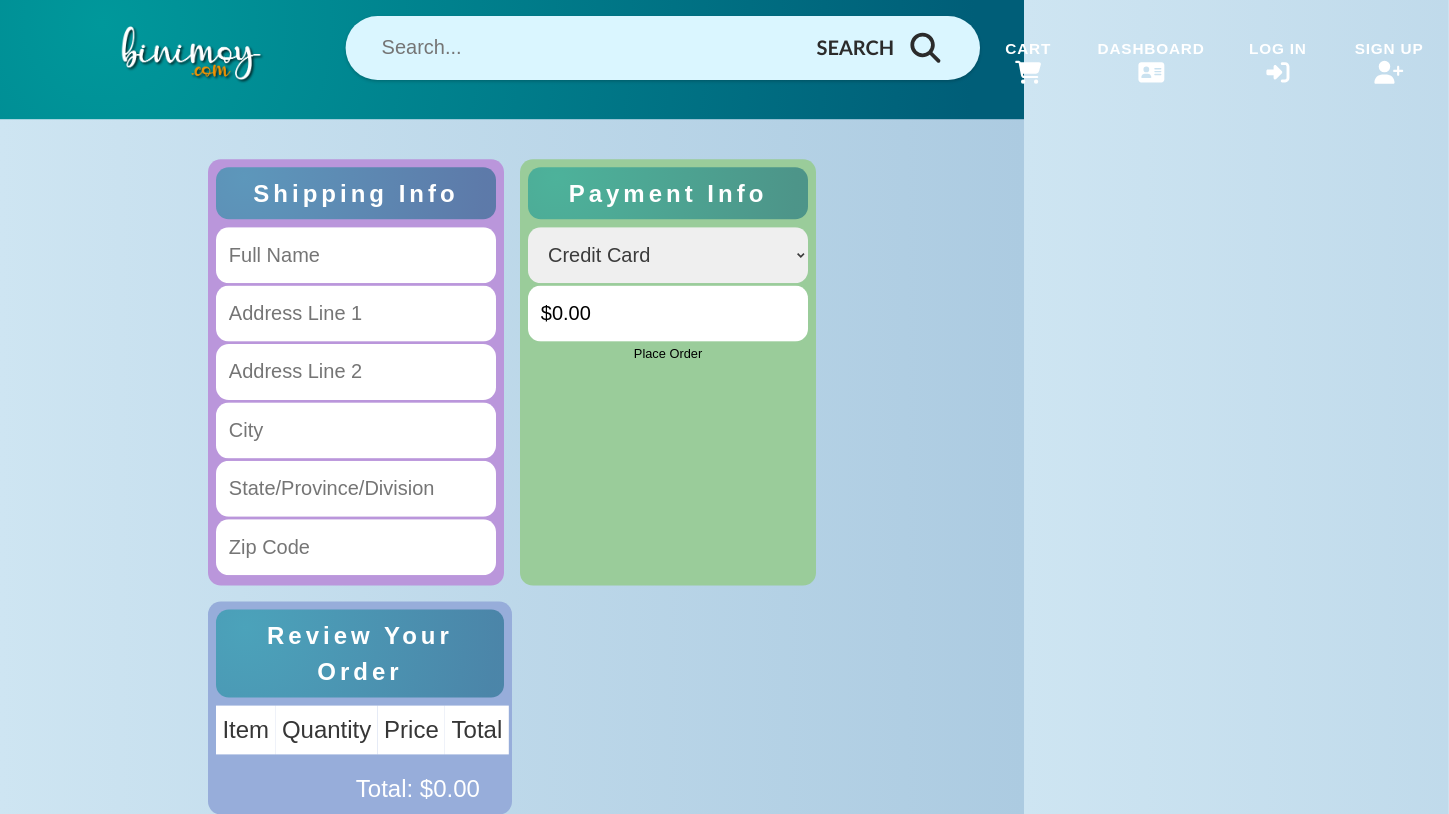
Repository: Shadman2024/2_1_DatabaseProject
Page: /checkout (app in frontend/)
The author's editor kept a copy of each file at every save. The page is drawn from the files as they stood at one save, then again after the next save.
The browser window is 1280 px wide. The page is 1811 px wide, so the pictures cover 1811 px, including what lies to the right of the window. The pictures show the whole page, at 80% of full size.
Some web libraries are served in a nearby version. The project was rebuilt for these pictures with package versions that can differ from the ones it lists, and the page was loaded fresh each time. Also part of the build but not shown: frontend/src/App.css, frontend/src/signUp/signup.js, frontend/src/logIn/login.js, frontend/src/Home/home.module.css, frontend/src/Home/hero.js, frontend/src/Home/hero2.js, frontend/src/Home/hero3.js, frontend/src/Home/smallcategory.module.css and 31 more.

Above is the page before, as saved 2024-03-08 15:41:38.

### frontend/public/index.html
<!DOCTYPE html>
<html lang="en">

<head>
  <meta charset="utf-8" />
  <link rel="icon" href="%PUBLIC_URL%/favicon.ico" />
  <meta name="viewport" content="width=device-width, initial-scale=1" />
  <meta name="theme-color" content="#000000" />
  <meta name="description" content="Web site created using create-react-app" />
  <link rel="apple-touch-icon" href="%PUBLIC_URL%/logo192.png" />
  <!--
      manifest.json provides metadata used when your web app is installed on a
      user's mobile device or desktop. See https://developers.google.com/web/fundamentals/web-app-manifest/
    -->
  <link rel="manifest" href="%PUBLIC_URL%/manifest.json" />
  <link href="https://cdn.jsdelivr.net/npm/bootstrap@5.0.2/dist/css/bootstrap.min.css" rel="stylesheet"
    integrity="sha384-EVSTQN3/azprG1Anm3QDgpJLIm9Nao0Yz1ztcQTwFspd3yD65VohhpuuCOmLASjC" crossorigin="anonymous">
  <!--
      Notice the use of %PUBLIC_URL% in the tags above.
      It will be replaced with the URL of the `public` folder during the build.
      Only files inside the `public` folder can be referenced from the HTML.

      Unlike "/favicon.ico" or "favicon.ico", "%PUBLIC_URL%/favicon.ico" will
      work correctly both with client-side routing and a non-root public URL.
      Learn how to configure a non-root public URL by running `npm run build`.
    -->
  <title>React App</title>
</head>

<body style="background: linear-gradient(to right, #cee5f2, #accbe1);
/* Other styles */
margin: 0;
height: 100vh;
color: white;">
<!-- <body style="background: #1B1B1B"> -->


  <noscript>You need to enable JavaScript to run this app.</noscript>
  <div id="root"></div>
  <!--
      This HTML file is a template.
      If you open it directly in the browser, you will see an empty page.

      You can add webfonts, meta tags, or analytics to this file.
      The build step will place the bundled scripts into the <body> tag.

      To begin the development, run `npm start` or `yarn start`.
      To create a production bundle, use `npm run build` or `yarn build`.
    -->
  <script src="https://cdn.jsdelivr.net/npm/bootstrap@5.0.2/dist/js/bootstrap.bundle.min.js"
    integrity="sha384-MrcW6ZMFYlzcLA8Nl+NtUVF0sA7MsXsP1UyJoMp4YLEuNSfAP+JcXn/tWtIaxVXM"
    crossorigin="anonymous"></script>
  <script src="https://cdn.jsdelivr.net/npm/@popperjs/core@2.9.2/dist/umd/popper.min.js"
    integrity="sha384-IQsoLXl5PILFhosVNubq5LC7Qb9DXgDA9i+tQ8Zj3iwWAwPtgFTxbJ8NT4GN1R8p"
    crossorigin="anonymous"></script>
  <script src="https://cdn.jsdelivr.net/npm/bootstrap@5.0.2/dist/js/bootstrap.min.js"
    integrity="sha384-cVKIPhGWiC2Al4u+LWgxfKTRIcfu0JTxR+EQDz/bgldoEyl4H0zUF0QKbrJ0EcQF"
    crossorigin="anonymous"></script>
  <script src="https://code.jquery.com/jquery-3.2.1.slim.min.js"
    integrity="sha384-KJ3o2DKtIkvYIK3UENzmM7KCkRr/rE9/Qpg6aAZGJwFDMVNA/GpGFF93hXpG5KkN"
    crossorigin="anonymous"></script>
  <script src="https://cdnjs.cloudflare.com/ajax/libs/popper.js/1.12.3/umd/popper.min.js"
    integrity="sha384-vFJXuSJphROIrBnz7yo7oB41mKfc8JzQZiCq4NCceLEaO4IHwicKwpJf9c9IpFgh"
    crossorigin="anonymous"></script>
  <script src="https://maxcdn.bootstrapcdn.com/bootstrap/4.0.0-beta.2/js/bootstrap.min.js"
    integrity="sha384-alpBpkh1PFOepccYVYDB4do5UnbKysX5WZXm3XxPqe5iKTfUKjNkCk9SaVuEZflJ"
    crossorigin="anonymous"></script>


</body>

</html>

### frontend/src/index.css
*{
  margin: 0;
  outline: none;
}
body {
  margin: 0;
  font-family: -apple-system, BlinkMacSystemFont, 'Segoe UI', 'Roboto', 'Oxygen',
    'Ubuntu', 'Cantarell', 'Fira Sans', 'Droid Sans', 'Helvetica Neue',
    sans-serif;
  -webkit-font-smoothing: antialiased;
  -moz-osx-font-smoothing: grayscale;
}

code {
  font-family: source-code-pro, Menlo, Monaco, Consolas, 'Courier New',
    monospace;
}
html {
  scroll-behavior: smooth;
  position: relative;
  min-height: 100%;
  overflow-x: hidden;
}

### frontend/src/checkout/checkout.js
import React, { Fragment, useState, useEffect, useLayoutEffect } from 'react';
import { useLocation, useNavigate } from 'react-router-dom';
import styles from './checkout.module.css';

const Checkout = ({ setAuth }) => {
    const navigate = useNavigate();
    const location = useLocation();
    const { cartItems } = location.state || { cartItems: [] };

    // States for form inputs
    const [fullName, setFullName] = useState('');
    const [addressLine1, setAddressLine1] = useState('');
    const [addressLine2, setAddressLine2] = useState('');
    const [city, setCity] = useState('');
    const [division, setDivision] = useState('');
    const [zipCode, setZipCode] = useState('');
    const [paymentMethod, setPaymentMethod] = useState('creditCard');
    const [amount, setAmount] = useState('');
    const [cardHolderName, setCardHolderName] = useState('');
    const [cardNumber, setCardNumber] = useState('');
    const [expiryMonth, setExpiryMonth] = useState('');
    const [expiryYear, setExpiryYear] = useState('');
    const [cvv, setCvv] = useState('');

    const handleSubmit = async (e) => {
        e.preventDefault();
        const paymentDetails = {
            fullName,
            addressLine1,
            addressLine2,
            city,
            division,
            zipCode,
            paymentMethod,
            amount,
            cartItems,
            // Add card details if payment method is Credit Card
            ...(paymentMethod === 'Credit Card' && {
                cardHolderName,
                cardNumber,
                expiryMonth,
                expiryYear,
                cvv,
            }),
        };
    };

    useEffect(() => {
        setAmount(calculateTotalAmount());
    }, [cartItems]);
    const calculateTotalAmount = () => {
        return cartItems.reduce((total, item) => total + item.price * item.quantity, 0).toFixed(2);
    };
    return (
        <div className={styles.container}>

                <div className={styles.container2}>
            <div className={styles.shipping}>
                <div className={styles.title}>Shipping Info</div>
                <form onSubmit={handleSubmit} className={styles.checkoutForm}>
                    <input type="text" placeholder="Full Name" value={fullName} onChange={(e) => setFullName(e.target.value)} required />
                    <input type="text" placeholder="Address Line 1" value={addressLine1} onChange={(e) => setAddressLine1(e.target.value)} required />
                    <input type="text" placeholder="Address Line 2" value={addressLine2} onChange={(e) => setAddressLine2(e.target.value)} />
                    <input type="text" placeholder="City" value={city} onChange={(e) => setCity(e.target.value)} required />
                    <input type="text" placeholder="State/Province/Division" value={division} onChange={(e) => setDivision(e.target.value)} required />
                    <input type="text" placeholder="Zip Code" value={zipCode} onChange={(e) => setZipCode(e.target.value)} required />
                </form>
            </div>
            <div className={styles.payment}>
                <div className={styles.title}>Payment Info</div>
                <form onSubmit={handleSubmit} className={styles.checkoutForm}>
                    <div className={styles.formGroup}>
                        <select id="paymentMethod" value={paymentMethod} onChange={(e) => setPaymentMethod(e.target.value)} required>
                            <option value="Credit Card">Credit Card</option>
                            <option value="PayPal">PayPal</option>
                            <option value="Cash on Delivery">Cash on Delivery</option>
                        </select>
                    </div>
                    {paymentMethod === 'Credit Card' && (
                        <>
                            <input type="text" placeholder="Card Holder Name" value={cardHolderName} onChange={(e) => setCardHolderName(e.target.value)} required />
                            <input type="text" placeholder="Card Number" maxLength="16" value={cardNumber} onChange={(e) => setCardNumber(e.target.value)} required />
                            <input type="text" placeholder="Expiry Month (MM)" maxLength="2" value={expiryMonth} onChange={(e) => setExpiryMonth(e.target.value)} required />
                            <input type="text" placeholder="Expiry Year (YYYY)" maxLength="4" value={expiryYear} onChange={(e) => setExpiryYear(e.target.value)} required />
                            <input type="text" placeholder="CVV" maxLength="3" value={cvv} onChange={(e) => setCvv(e.target.value)} required />
                        </>
                    )}
                    <div className={styles.formGroup}>
                        <input type="text" id="amount" value={`$${amount}`} readOnly />
                    </div>
                    <button type="submit" className={styles.submitButton}>Place Order</button>
                </form>
            </div>
        </div>
        <div className={styles.container1}>
            <div className={styles.cartReview}>
                    <div className={styles.title}>Review Your Order</div>
                    <div>
                    <table className={styles.reviewTable}>
                        <thead>
                            <tr>
                                <th>Item</th>
                                <th>Quantity</th>
                                <th>Price</th>
                                <th>Total</th>
                            </tr>
                        </thead>
                        <tbody>
                            {cartItems.map((item, index) => (
                                <tr key={index}>
                                    <td>{item.name}</td>
                                    <td>{item.quantity}</td>
                                    <td>${item.price.toFixed(2)}</td>
                                    <td>${(item.quantity * item.price).toFixed(2)}</td>
                                </tr>
                            ))}
                        </tbody>
                    </table>
                    </div>
                    <div className={styles.totalAmount}>Total: ${amount}</div>
                </div>
                </div>
        </div>
    );
};

export default Checkout;

Loaded but not shown: frontend/src/NavBar/nav.js (82 lines, source omitted); frontend/src/App.js (81 lines, source omitted); frontend/src/index.js (10 lines, source omitted); frontend/src/seach/search.module.css (299 lines, source omitted); frontend/src/NavBar/nav.module.css (307 lines, source omitted); frontend/src/checkout/checkout.module.css (151 lines, source omitted); frontend/src/Home/hero2.module.css (153 lines, source omitted); frontend/src/Home/hero3.module.css (153 lines, source omitted); frontend/src/dashboard/dashboard.module.css (163 lines, source omitted); frontend/src/signUp/signup.module.css (152 lines, source omitted); frontend/src/Home/hero.module.css (153 lines, source omitted); frontend/src/logIn/login.module.css (147 lines, source omitted); frontend/src/orders/orders.module.css (114 lines, source omitted); frontend/src/admin/admin.module.css (no stored copy; drawn as an empty file)

After the next save:
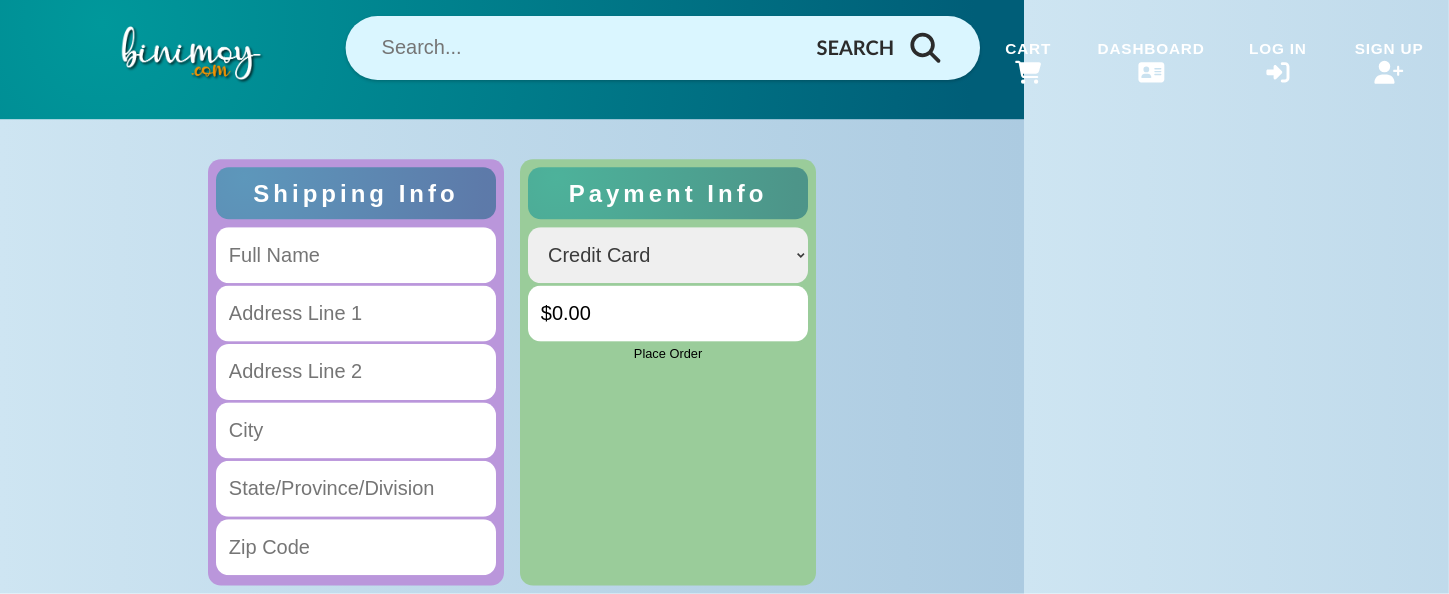
Saved 23 s later.
--- a/frontend/src/checkout/checkout.js
+++ b/frontend/src/checkout/checkout.js
@@ -54,72 +54,45 @@
     return (
         <div className={styles.container}>
 
-                <div className={styles.container2}>
-            <div className={styles.shipping}>
-                <div className={styles.title}>Shipping Info</div>
-                <form onSubmit={handleSubmit} className={styles.checkoutForm}>
-                    <input type="text" placeholder="Full Name" value={fullName} onChange={(e) => setFullName(e.target.value)} required />
-                    <input type="text" placeholder="Address Line 1" value={addressLine1} onChange={(e) => setAddressLine1(e.target.value)} required />
-                    <input type="text" placeholder="Address Line 2" value={addressLine2} onChange={(e) => setAddressLine2(e.target.value)} />
-                    <input type="text" placeholder="City" value={city} onChange={(e) => setCity(e.target.value)} required />
-                    <input type="text" placeholder="State/Province/Division" value={division} onChange={(e) => setDivision(e.target.value)} required />
-                    <input type="text" placeholder="Zip Code" value={zipCode} onChange={(e) => setZipCode(e.target.value)} required />
-                </form>
+            <div className={styles.container2}>
+                <div className={styles.shipping}>
+                    <div className={styles.title}>Shipping Info</div>
+                    <form onSubmit={handleSubmit} className={styles.checkoutForm}>
+                        <input type="text" placeholder="Full Name" value={fullName} onChange={(e) => setFullName(e.target.value)} required />
+                        <input type="text" placeholder="Address Line 1" value={addressLine1} onChange={(e) => setAddressLine1(e.target.value)} required />
+                        <input type="text" placeholder="Address Line 2" value={addressLine2} onChange={(e) => setAddressLine2(e.target.value)} />
+                        <input type="text" placeholder="City" value={city} onChange={(e) => setCity(e.target.value)} required />
+                        <input type="text" placeholder="State/Province/Division" value={division} onChange={(e) => setDivision(e.target.value)} required />
+                        <input type="text" placeholder="Zip Code" value={zipCode} onChange={(e) => setZipCode(e.target.value)} required />
+                    </form>
+                </div>
+                <div className={styles.payment}>
+                    <div className={styles.title}>Payment Info</div>
+                    <form onSubmit={handleSubmit} className={styles.checkoutForm}>
+                        <div className={styles.formGroup}>
+                            <select id="paymentMethod" value={paymentMethod} onChange={(e) => setPaymentMethod(e.target.value)} required>
+                                <option value="Credit Card">Credit Card</option>
+                                <option value="PayPal">PayPal</option>
+                                <option value="Cash on Delivery">Cash on Delivery</option>
+                            </select>
+                        </div>
+                        {paymentMethod === 'Credit Card' && (
+                            <>
+                                <input type="text" placeholder="Card Holder Name" value={cardHolderName} onChange={(e) => setCardHolderName(e.target.value)} required />
+                                <input type="text" placeholder="Card Number" maxLength="16" value={cardNumber} onChange={(e) => setCardNumber(e.target.value)} required />
+                                <input type="text" placeholder="Expiry Month (MM)" maxLength="2" value={expiryMonth} onChange={(e) => setExpiryMonth(e.target.value)} required />
+                                <input type="text" placeholder="Expiry Year (YYYY)" maxLength="4" value={expiryYear} onChange={(e) => setExpiryYear(e.target.value)} required />
+                                <input type="text" placeholder="CVV" maxLength="3" value={cvv} onChange={(e) => setCvv(e.target.value)} required />
+                            </>
+                        )}
+                        <div className={styles.formGroup}>
+                            <input type="text" id="amount" value={`$${amount}`} readOnly />
+                        </div>
+                        <button type="submit" className={styles.submitButton}>Place Order</button>
+                    </form>
+                </div>
             </div>
-            <div className={styles.payment}>
-                <div className={styles.title}>Payment Info</div>
-                <form onSubmit={handleSubmit} className={styles.checkoutForm}>
-                    <div className={styles.formGroup}>
-                        <select id="paymentMethod" value={paymentMethod} onChange={(e) => setPaymentMethod(e.target.value)} required>
-                            <option value="Credit Card">Credit Card</option>
-                            <option value="PayPal">PayPal</option>
-                            <option value="Cash on Delivery">Cash on Delivery</option>
-                        </select>
-                    </div>
-                    {paymentMethod === 'Credit Card' && (
-                        <>
-                            <input type="text" placeholder="Card Holder Name" value={cardHolderName} onChange={(e) => setCardHolderName(e.target.value)} required />
-                            <input type="text" placeholder="Card Number" maxLength="16" value={cardNumber} onChange={(e) => setCardNumber(e.target.value)} required />
-                            <input type="text" placeholder="Expiry Month (MM)" maxLength="2" value={expiryMonth} onChange={(e) => setExpiryMonth(e.target.value)} required />
-                            <input type="text" placeholder="Expiry Year (YYYY)" maxLength="4" value={expiryYear} onChange={(e) => setExpiryYear(e.target.value)} required />
-                            <input type="text" placeholder="CVV" maxLength="3" value={cvv} onChange={(e) => setCvv(e.target.value)} required />
-                        </>
-                    )}
-                    <div className={styles.formGroup}>
-                        <input type="text" id="amount" value={`$${amount}`} readOnly />
-                    </div>
-                    <button type="submit" className={styles.submitButton}>Place Order</button>
-                </form>
-            </div>
-        </div>
-        <div className={styles.container1}>
-            <div className={styles.cartReview}>
-                    <div className={styles.title}>Review Your Order</div>
-                    <div>
-                    <table className={styles.reviewTable}>
-                        <thead>
-                            <tr>
-                                <th>Item</th>
-                                <th>Quantity</th>
-                                <th>Price</th>
-                                <th>Total</th>
-                            </tr>
-                        </thead>
-                        <tbody>
-                            {cartItems.map((item, index) => (
-                                <tr key={index}>
-                                    <td>{item.name}</td>
-                                    <td>{item.quantity}</td>
-                                    <td>${item.price.toFixed(2)}</td>
-                                    <td>${(item.quantity * item.price).toFixed(2)}</td>
-                                </tr>
-                            ))}
-                        </tbody>
-                    </table>
-                    </div>
-                    <div className={styles.totalAmount}>Total: ${amount}</div>
-                </div>
-                </div>
+
         </div>
     );
 };

After the save that followed:
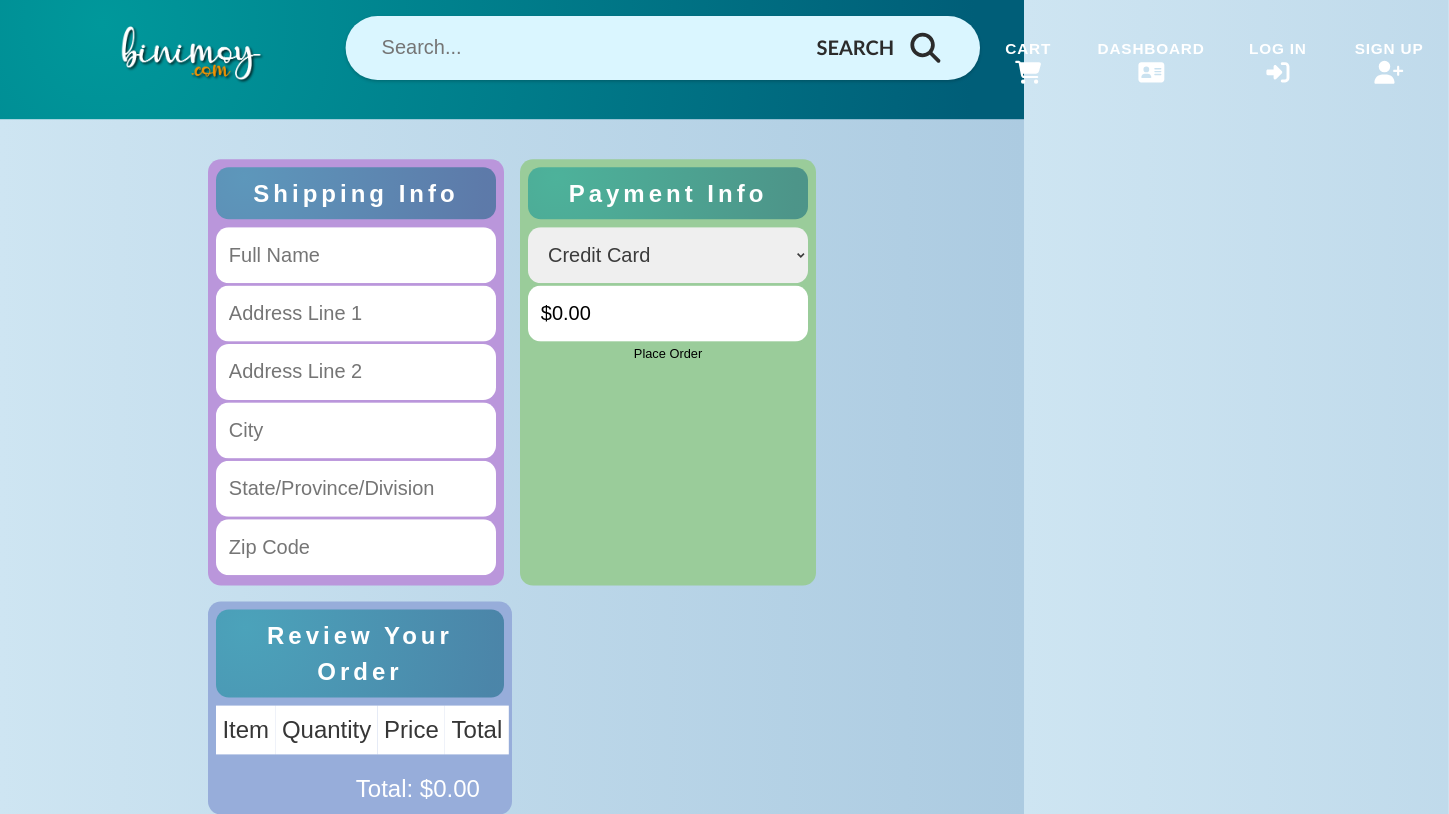
Saved 6 s later.
--- a/frontend/src/checkout/checkout.js
+++ b/frontend/src/checkout/checkout.js
@@ -92,7 +92,34 @@
                     </form>
                 </div>
             </div>
-
+            <div className={styles.container1}>
+                <div className={styles.cartReview}>
+                    <div className={styles.title}>Review Your Order</div>
+                    <div>
+                        <table className={styles.reviewTable}>
+                            <thead>
+                                <tr>
+                                    <th>Item</th>
+                                    <th>Quantity</th>
+                                    <th>Price</th>
+                                    <th>Total</th>
+                                </tr>
+                            </thead>
+                            <tbody>
+                                {cartItems.map((item, index) => (
+                                    <tr key={index}>
+                                        <td>{item.name}</td>
+                                        <td>{item.quantity}</td>
+                                        <td>${item.price.toFixed(2)}</td>
+                                        <td>${(item.quantity * item.price).toFixed(2)}</td>
+                                    </tr>
+                                ))}
+                            </tbody>
+                        </table>
+                    </div>
+                    <div className={styles.totalAmount}>Total: ${amount}</div>
+                </div>
+            </div>
         </div>
     );
 };
